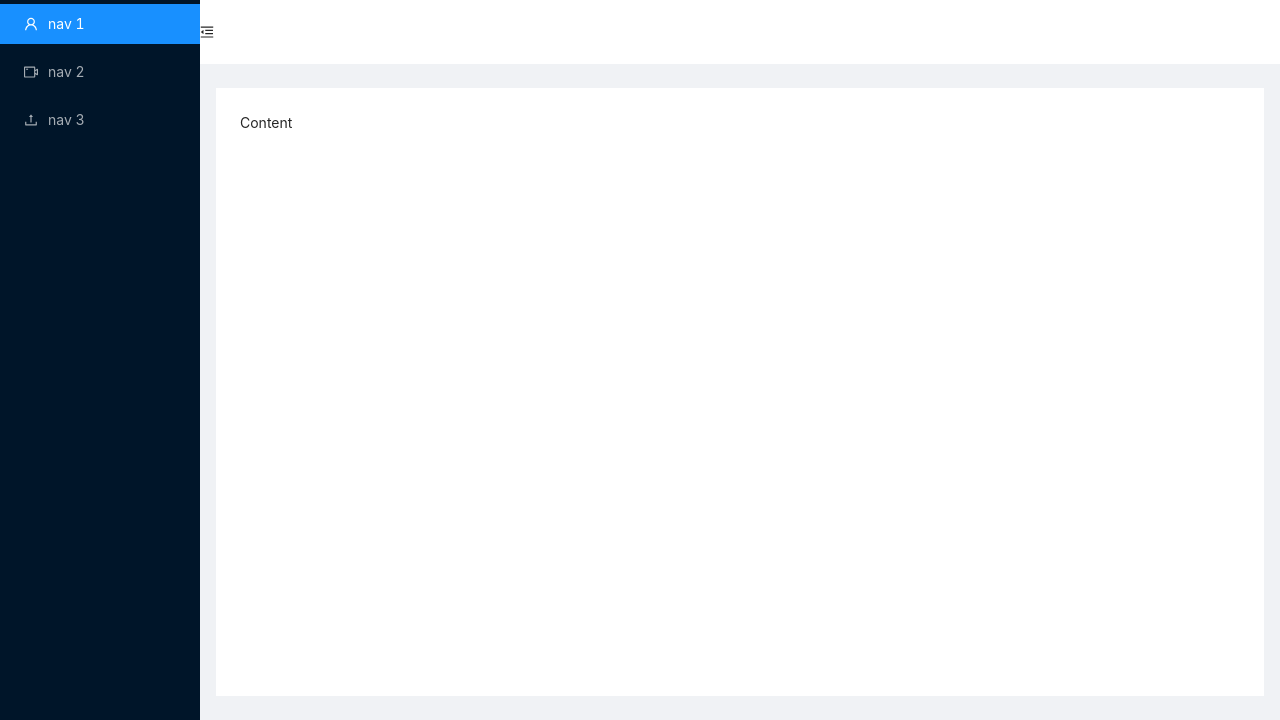
Repository: zhengdechang/long-master
Page: /
The author's editor kept a copy of each file at every save. The page is drawn from the files as they stood at one save, then again after the next save.
The browser window is 1280 px wide. The pictures show the whole page.
The project was rebuilt for these pictures with package versions that can differ from the ones it lists, and the page was loaded fresh each time. Also part of the build but not shown: src/App.less.

Above is the page before, as saved 2022-03-08 09:38:15.

After the next save:
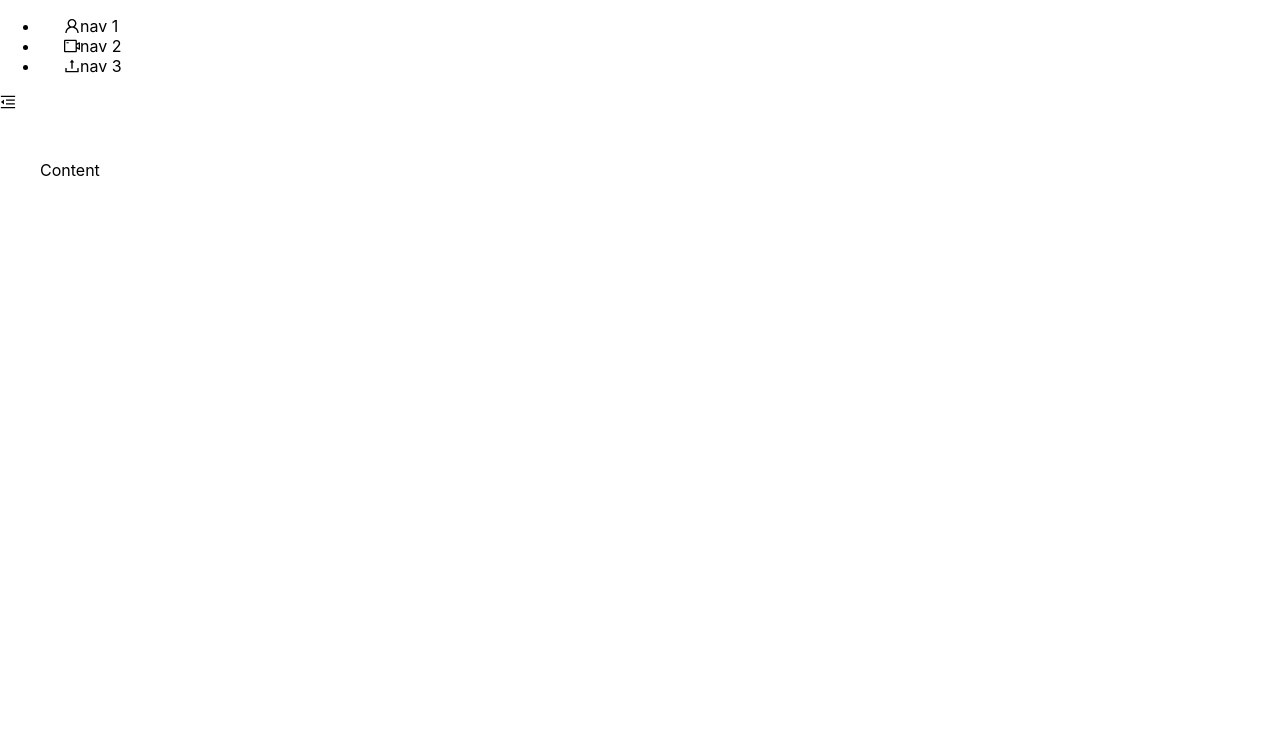
Saved 60 s later.
--- a/src/App.js
+++ b/src/App.js
@@ -1,7 +1,7 @@
 
 import './App.less';
 import BaseLayout from './conpoents/baseLayout'
-import 'antd/dist/antd.less'
+
 
 function App() {
   return (

After the save that followed:
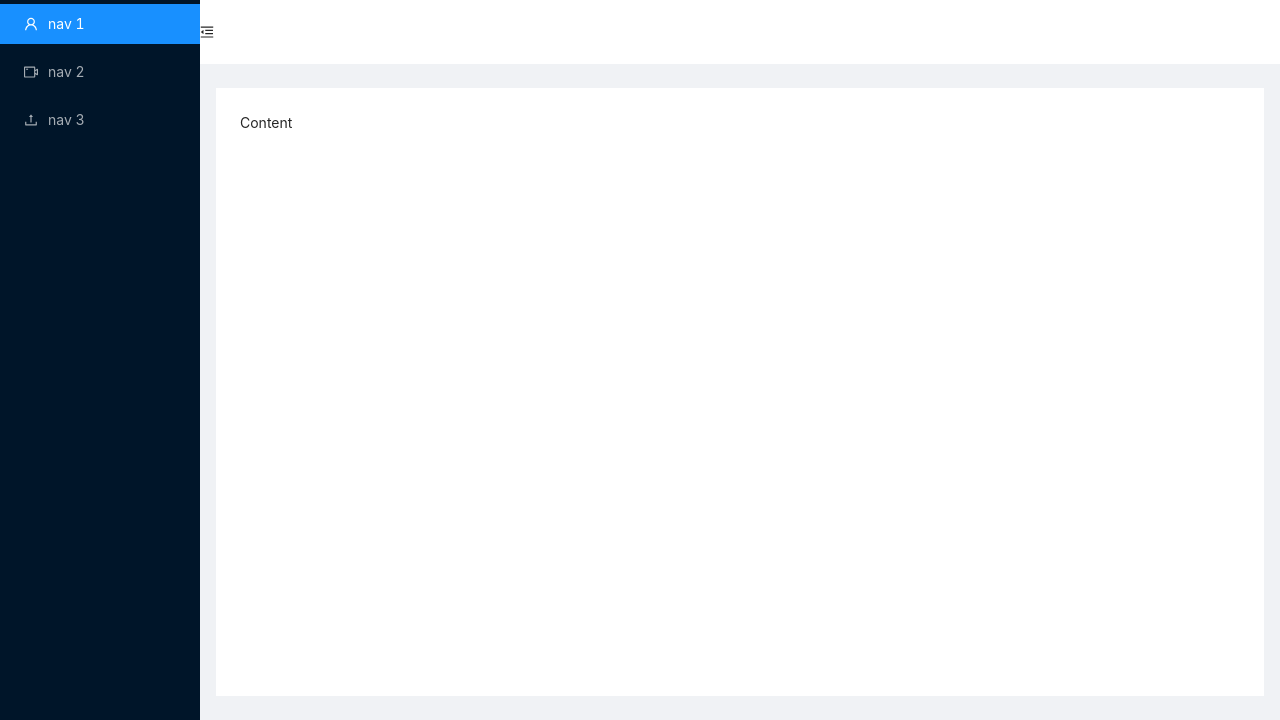
Saved 16 s later.
--- a/src/index.js
+++ b/src/index.js
@@ -3,7 +3,7 @@ import ReactDOM from 'react-dom';
 import './index.less';
 import App from './App';
 import reportWebVitals from './reportWebVitals';
-
+import 'antd/dist/antd.less'
 
 ReactDOM.render(
   <React.StrictMode>
